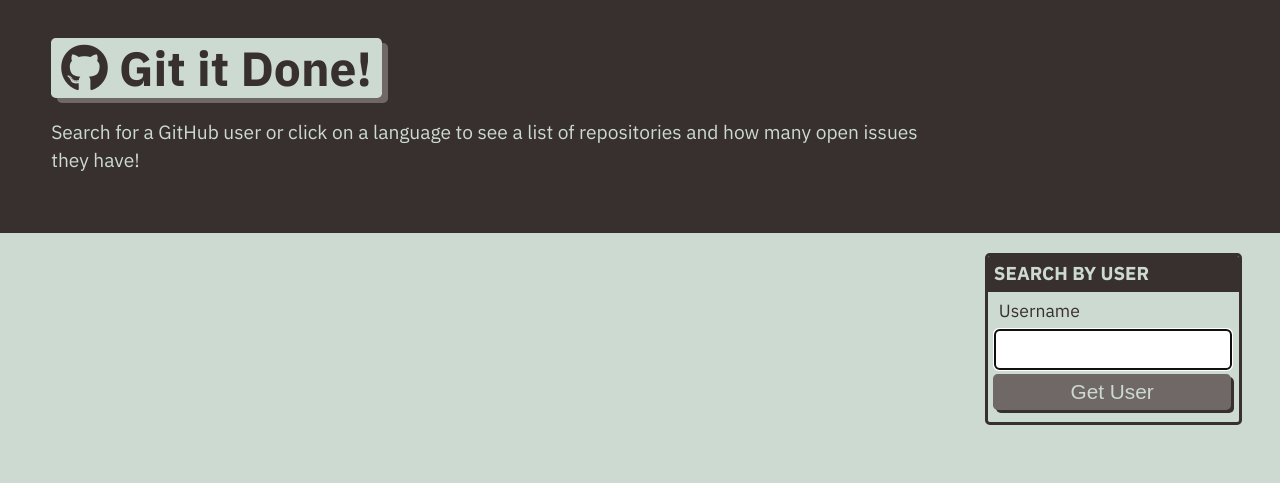
Repository: UPye/git-it-done
Page: index.html
These files come from the project's save history. The page is drawn as it stood at one moment and after a run of saves; the edit follows.
The browser window is 1280 px wide. The pictures show the whole page.
The page's requests for data from a server got no answer. Some web libraries are served in a nearby version.

Above is the page before, as saved 2021-01-27 17:32:20.

After the next 2 saves:
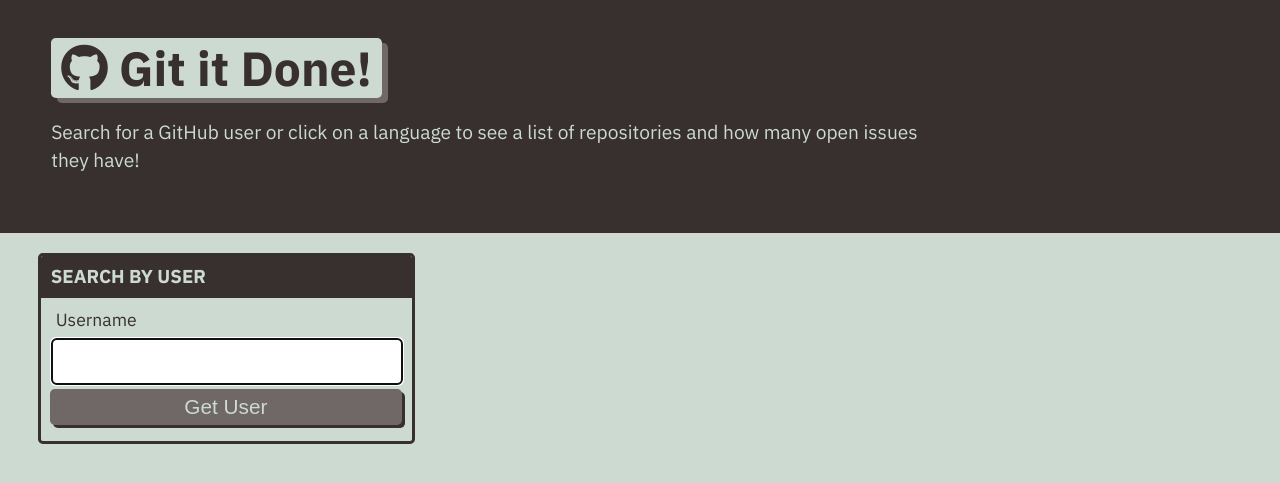
The 2 saves are shown as one change because they came seconds apart.
The last was saved 56 s later.
--- a/index.html
+++ b/index.html
@@ -20,7 +20,7 @@
 
 
   <main class="flex-row justify-space-between">
-    <div class="col-12 col-md-4"></div>
+    <div class="col-12 col-md-4">
       <div class="card">
         <h3 class="card-header text-uppercase">Search By User</h3>
         <form id="user-form" class="card-body">
